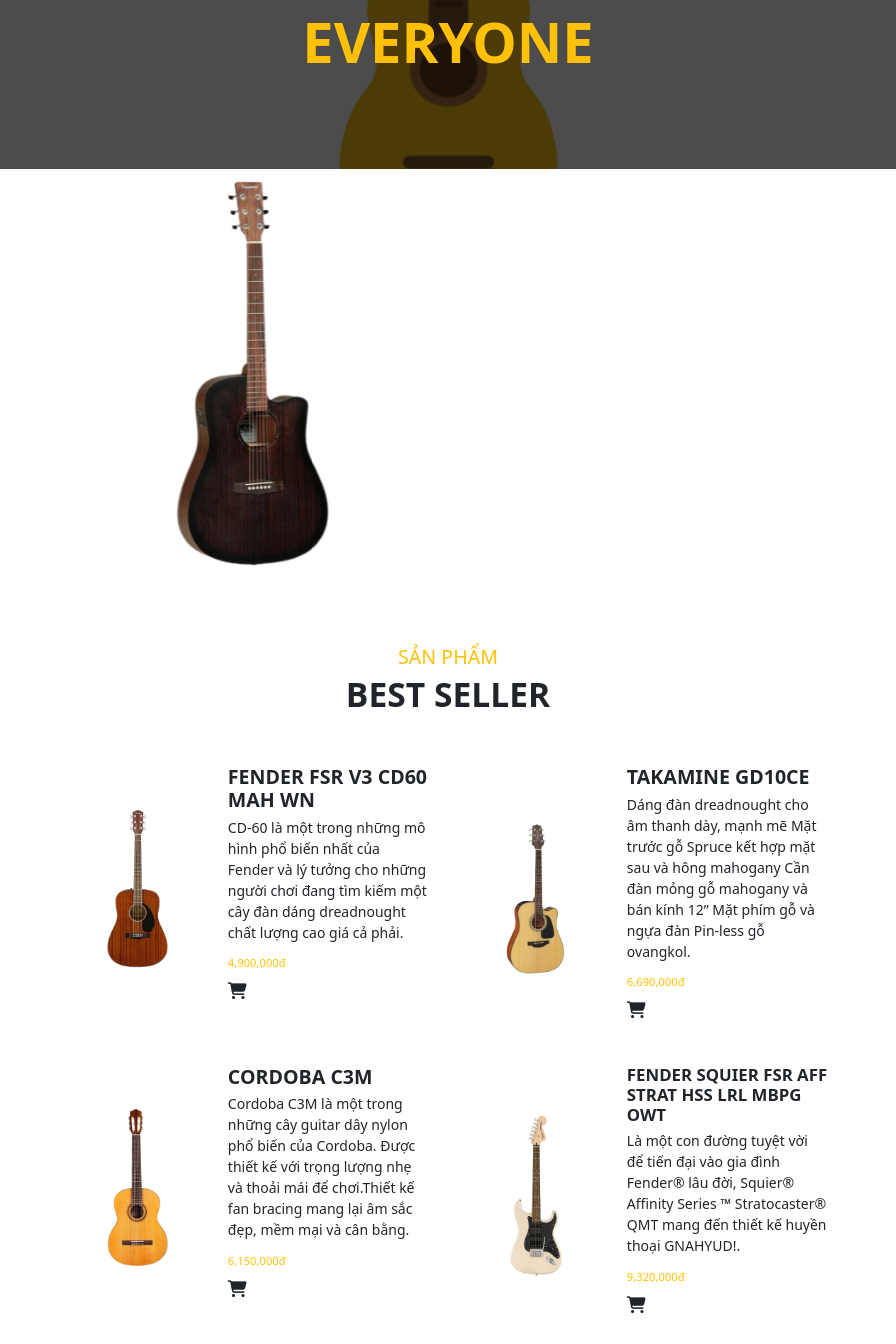
Repository: HoangDuy315/guitar
Page: index.html
The author's editor kept a copy of each file at every save. The page is drawn from the files as they stood at one save, then again after the next save.
The browser window is 1280 px wide. The pictures show the part of the page from y = 309 to 2229 px (the page is 5070 px tall before and 4778 px after), at 70% of full size.
Some web libraries are served in a nearby version.

Above is the page before, as saved 2022-09-16 15:05:05.

After the next save:
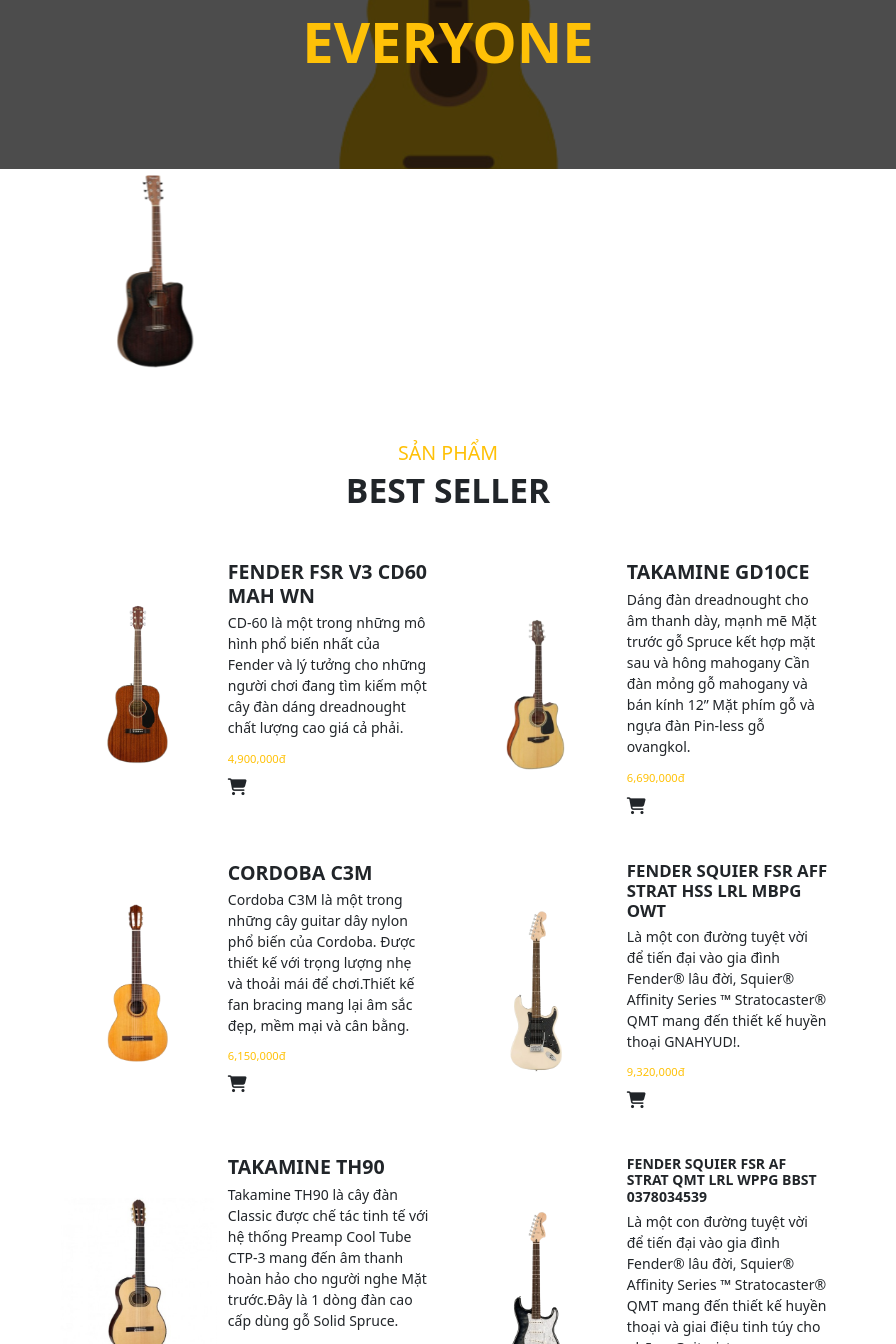
Saved 32 s later.
--- a/index.html
+++ b/index.html
@@ -74,10 +74,10 @@
             </div>
             <div class="carousel-inner">
               <div class="carousel-item active">
-                <img src="./assets/ac3.png" class="d-block w-50 h-50" alt="...">
+                <img src="./assets/ac3.png" class="d-block w-25 h-25" alt="...">
               </div>
               <div class="carousel-item">
-                <img src="..." class="d-block w-100" alt="...">
+                <img src="./assets/cl6.png" class="d-block w-25 h-25" alt="...">
               </div>
               <div class="carousel-item">
                 <img src="..." class="d-block w-100" alt="...">
